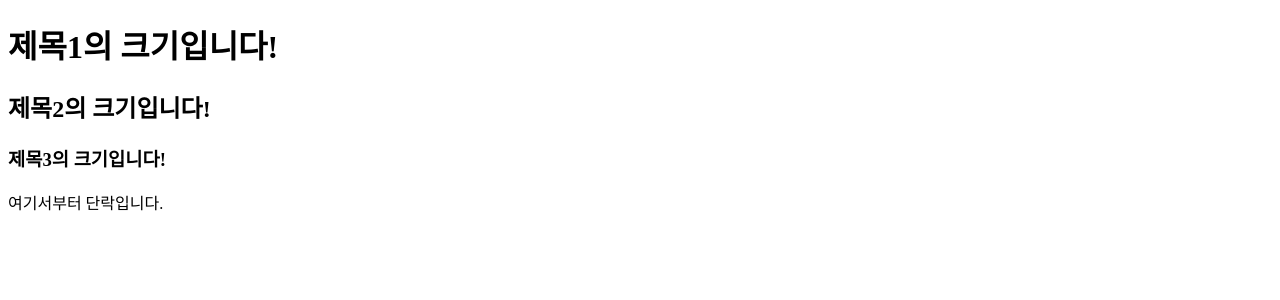
Repository: JaeHyun-Ban/GB_java
Page: TCP_HTML/WebContent/html02_06.html
The author's editor kept a copy of each file at every save. The page is drawn from the files as they stood at one save, then again after the next save.
The browser window is 1280 px wide. The pictures show the whole page.

Above is the page before, as saved 2020-08-26 06:36:28.

### TCP_HTML/WebContent/html02_06.html
<!DOCTYPE html>
<html>
<head>
<meta charset="UTF-8">
<title>6) 단락</title>
</head>
<body>
	<h1>제목1의 크기입니다!</h1>
	<h2>제목2의 크기입니다!</h2>
	<h3>제목3의 크기입니다!</h3>
	<p>여기서부터 단락입니다.</p>
</body>
</html>

After the next save:
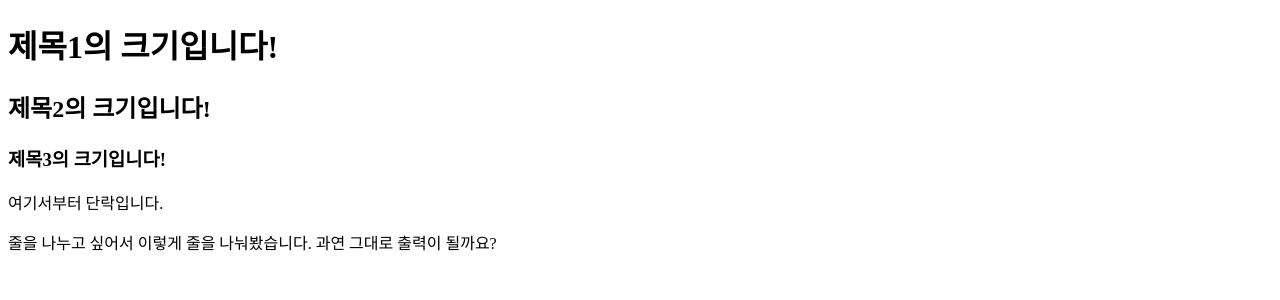
Saved 13 min 41 s later.
--- a/TCP_HTML/WebContent/html02_06.html
+++ b/TCP_HTML/WebContent/html02_06.html
@@ -9,5 +9,12 @@
 	<h2>제목2의 크기입니다!</h2>
 	<h3>제목3의 크기입니다!</h3>
 	<p>여기서부터 단락입니다.</p>
+
+	<p>
+	줄을 나누고 싶어서
+	이렇게 줄을 나눠봤습니다.
+
+	과연    그대로  출력이  될까요?
+	</p>
 </body>
 </html>
